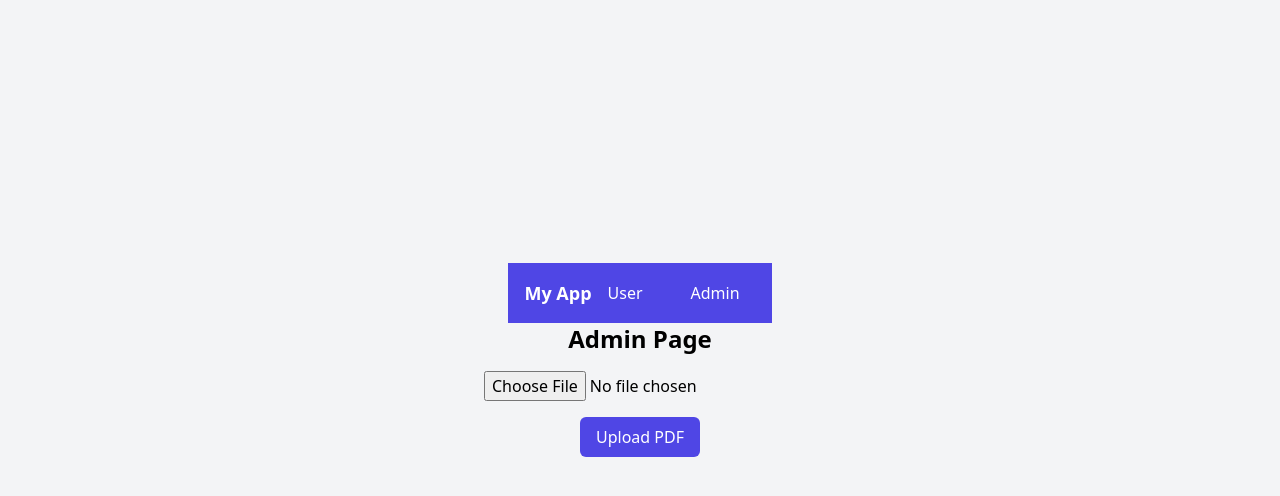
Repository: HackRx50/PS6-3k1P
Page: /admin (app in frontend/)
An editor plug-in stored every save of this project. The page is shown before and after the next save, followed by the edit.
The browser window is 1280 px wide. The pictures show the whole page.
The project was rebuilt for these pictures with package versions that can differ from the ones it lists, and the page was loaded fresh each time. Also part of the build but not shown: frontend/vite.config.js, frontend/src/pages/User.jsx, frontend/src/App.jsx, frontend/src/pages/Quiz.jsx.

Above is the page before, as saved 2024-09-19 23:39:55.

After the next save:
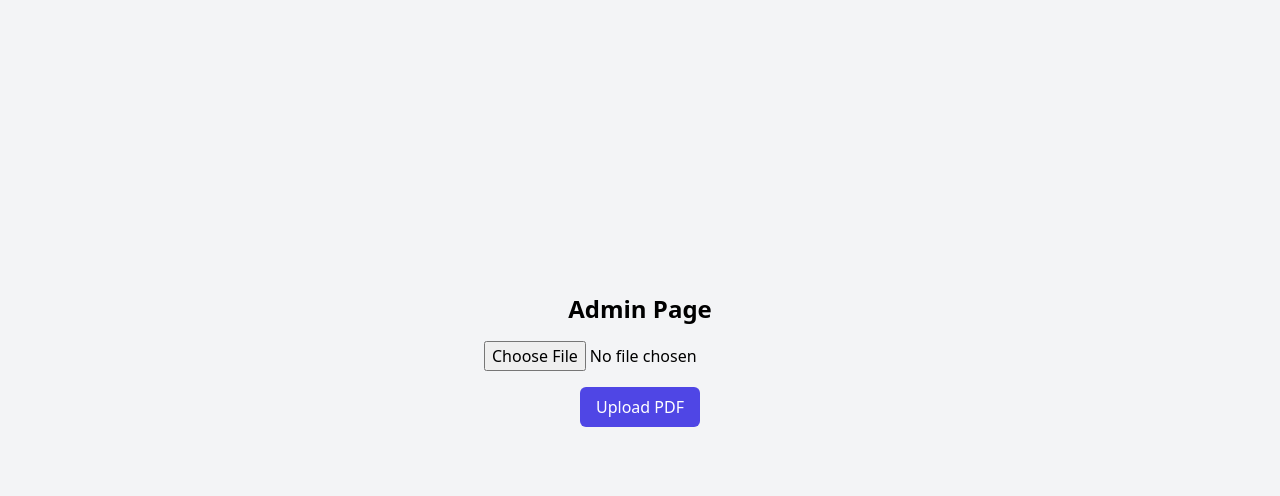
Saved 39 s later.
--- a/frontend/src/pages/Admin.jsx
+++ b/frontend/src/pages/Admin.jsx
@@ -37,8 +37,6 @@ function Admin() {
 
   return (
     <div className="min-h-screen flex flex-col items-center justify-center bg-gray-100 p-6">
-        <Navbar />
-
       <h1 className="text-2xl font-bold mb-4">Admin Page</h1>
 
       <div className="mb-4">
